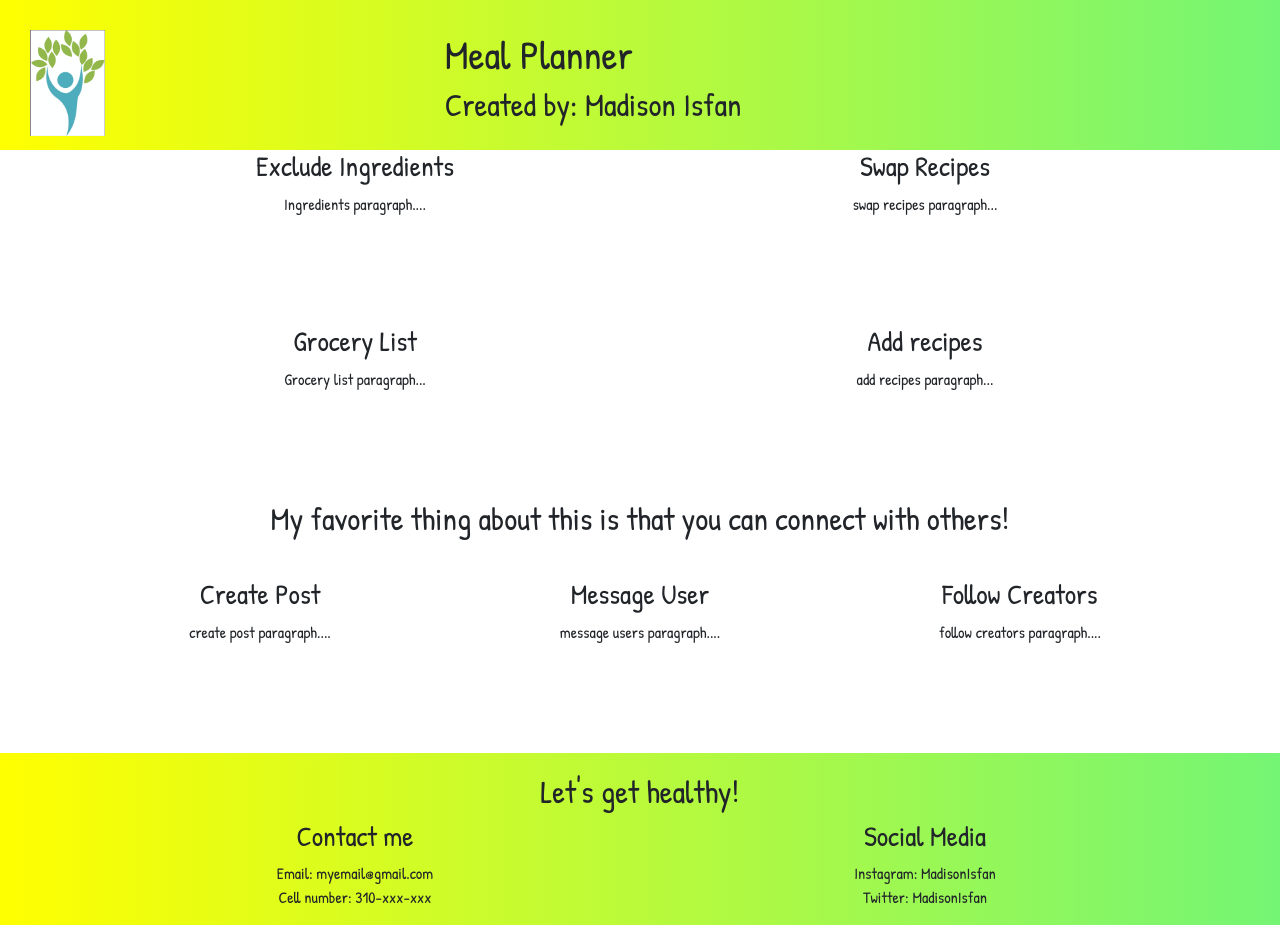
Repository: madisonisfan/Meal-Planner
Page: index.html
The author's editor kept a copy of each file at every save. The page is drawn from the files as they stood at one save, then again after the next save.
The browser window is 1280 px wide. The pictures show the whole page.
Some web libraries are served in a nearby version.

Above is the page before, as saved 2021-02-19 11:12:40.

After the next save:
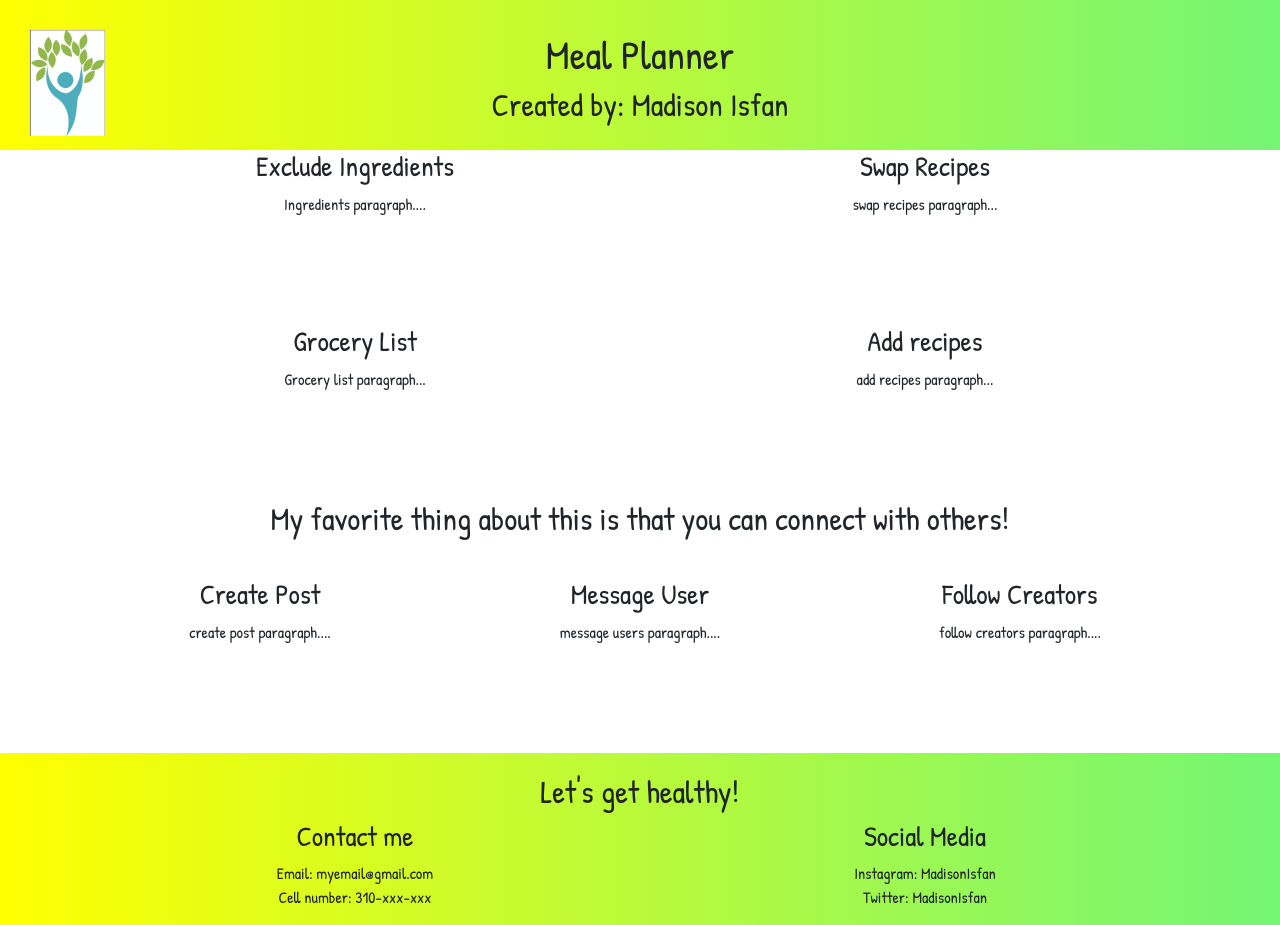
Saved 7 s later.
--- a/index.html
+++ b/index.html
@@ -24,7 +24,7 @@
                     <img src="healthySymbolSc.jpg">
                 </div>
 
-                <div class="col col-md-4"><!--col-5 col-md text-left text-md-center-->
+                <div class="col col-md-4 text-md-center"><!--col-5 col-md text-left text-md-center-->
                     <h1>Meal Planner</h1>
                     <h2>Created by: Madison Isfan</h2>
                 </div>
